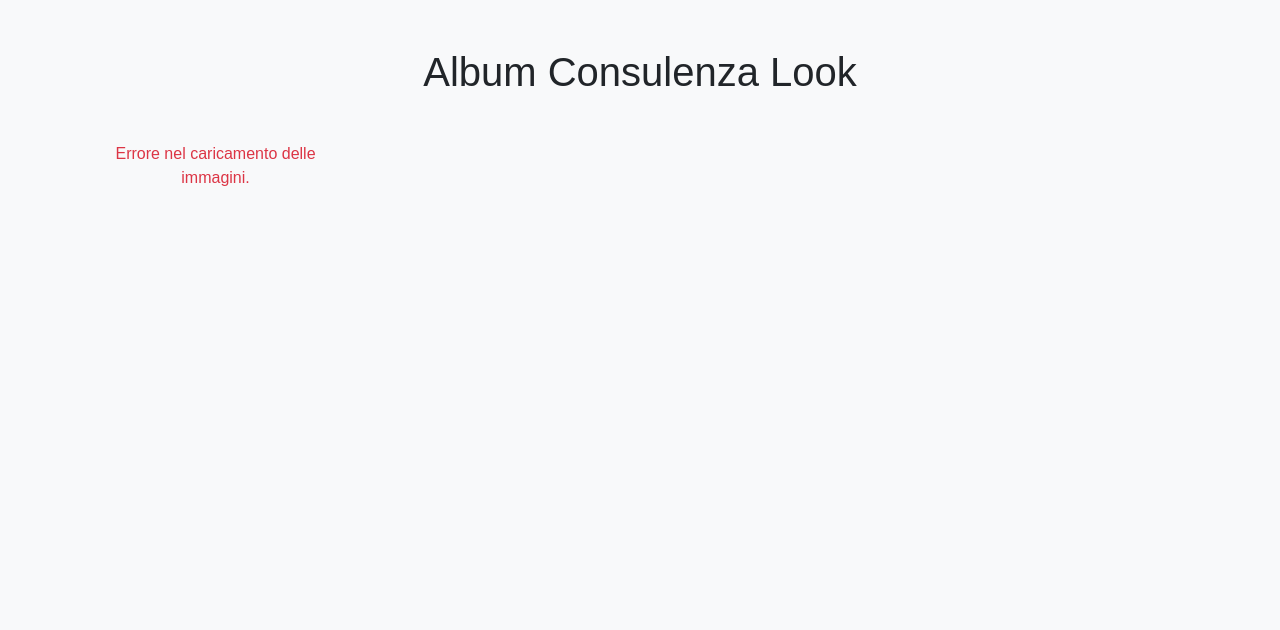
Repository: Probyte5D/Armocromia-website
Page: album.html
The author's editor kept a copy of each file at every save. The page is drawn from the files as they stood at one save, then again after the next save.
The browser window is 1280 px wide. The pictures show the whole page.
The page's requests for data from a server got no answer.

Above is the page before, as saved 2025-04-18 21:45:56.

### album.html
<!DOCTYPE html>
<html lang="it">
<head>
  <meta charset="UTF-8">
  <meta name="viewport" content="width=device-width, initial-scale=1.0">
  <title>Album Consulenza Look</title>
  <link href="https://cdn.jsdelivr.net/npm/bootstrap@5.1.0/dist/css/bootstrap.min.css" rel="stylesheet">
  <!-- Link al CSS personalizzato -->
  <link rel="stylesheet" href="album.css" />
</head>
<body>
  <div class="container py-5">
    <h1 class="text-center mb-4">Album Consulenza Look</h1>
    <div id="lookAlbum" class="row g-3">
      <!-- Le immagini saranno caricate qui dinamicamente -->
    </div>
  </div>

  <!-- Caricamento dei file JS di Bootstrap e il tuo JS personalizzato -->
  <script src="https://cdn.jsdelivr.net/npm/bootstrap@5.1.0/dist/js/bootstrap.bundle.min.js"></script>
  <script src="album.js"></script>
</body>
</html>

### album.css
/* Impostiamo il background e font di base */
body {
  background-color: #f8f9fa;
  font-family: 'Arial', sans-serif;
}

/* Layout per il contenitore delle immagini */
#lookAlbum {
  display: grid;
  grid-template-columns: repeat(4, 1fr); /* 4 immagini per riga
  gap: 30px;  /* Spazio maggiore tra le immagini */
  margin-top: 30px;
}

/* Card immagine, posizione relativa per caption */
.album-item {
  position: relative;
  overflow: hidden;
  border-radius: 10px;
  box-shadow: 0 4px 15px rgba(0, 0, 0, 0.1);
  background-color: white;
  height: 400px;  /* Aumentato l'altezza per immagini più grandi */
  width: 300px;
}

/* Immagini più grandi con altezza automatica per mantenere il rapporto */
.album-item img {
  width: 100%;
  height: 100%;
  object-fit: cover;  /* Assicura che l'immagine riempi il contenitore senza distorsioni */
  object-position: center;  /* Centra l'immagine se è più grande del contenitore */
  transition: transform 0.3s ease-in-out;
}

/* Effetto hover per ingrandire l'immagine */
.album-item:hover img {
  transform: scale(1.1); /* Ingrandisce l'immagine al passaggio del mouse */
}

/* Caption sovrapposta sopra l'immagine */
.album-item .caption {
  position: absolute;
  bottom: 0;
  left: 0;
  right: 0;
  padding: 15px;
  background: rgba(0, 0, 0, 0.5);
  color: white;
  text-align: center;
  font-size: 1.2rem;
  font-weight: bold;
}

/* Responsività per schermi più piccoli */
@media (max-width: 768px) {
  #lookAlbum {
    grid-template-columns: 1fr 1fr;  /* 2 immagini per riga su schermi medi */
  }
}

@media (max-width: 480px) {
  #lookAlbum {
    grid-template-columns: 1fr;  /* 1 immagine per riga su schermi piccoli */
  }
}

### album.js

    const API_KEY = '1J5XZG6HEjef4TKrOiBtmHWoMJVdLRUIxplL9GJzFHBeI64zgRPny53m';
    const query = 'fashion look';  // Modifica la query per altre immagini

    // Carica le immagini
    fetch(`https://api.pexels.com/v1/search?query=${encodeURIComponent(query)}&per_page=52`, {
      headers: { Authorization: API_KEY }
    })
    .then(r => r.json())
    .then(data => {
      const row = document.getElementById('lookAlbum');
      if (data && data.photos) {
        data.photos.forEach(photo => {
          const col = document.createElement('div');
          col.className = 'col-6 col-md-4';
          col.innerHTML = `
            <img src="${photo.src.medium}" class="img-fluid rounded shadow-sm" alt="${photo.photographer}" title="Ph: ${photo.photographer}">
          `;
          row.appendChild(col);
        });
      } else {
        row.innerHTML = '<p class="text-danger text-center">Nessuna immagine trovata per questa ricerca.</p>';
      }
    })
    .catch(err => {
      console.error(err);
      const row = document.getElementById('lookAlbum');
      row.innerHTML = '<p class="text-danger text-center">Errore nel caricamento delle immagini.</p>';
    });

After the next save:
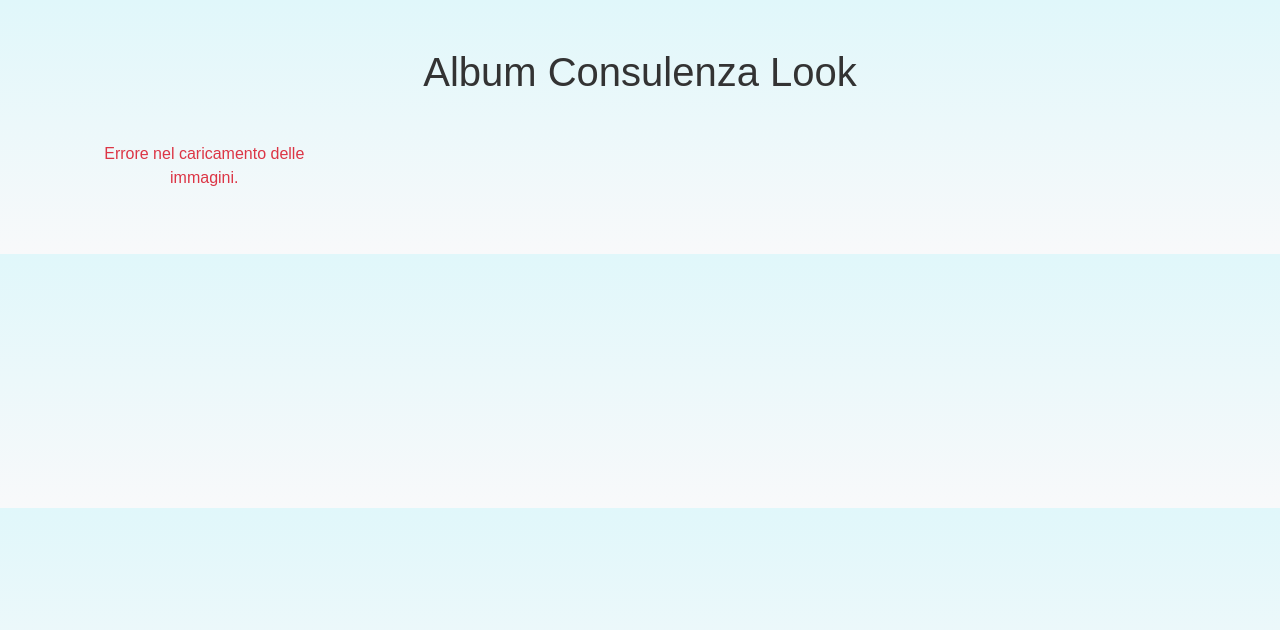
Saved 65 s later.
--- a/album.css
+++ b/album.css
@@ -1,13 +1,14 @@
-/* Impostiamo il background e font di base */
+/* Impostiamo il background con un gradiente leggero e font di base */
 body {
-  background-color: #f8f9fa;
+  background: linear-gradient(to bottom, #e0f7fa, #f8f9fa); /* Gradiente blu chiaro a bianco */
   font-family: 'Arial', sans-serif;
+  color: #333;
 }
 
 /* Layout per il contenitore delle immagini */
 #lookAlbum {
   display: grid;
-  grid-template-columns: repeat(4, 1fr); /* 4 immagini per riga
+  grid-template-columns: repeat(4, 1fr); /* 4 immagini per riga */
   gap: 30px;  /* Spazio maggiore tra le immagini */
   margin-top: 30px;
 }
@@ -51,6 +52,16 @@ body {
   font-weight: bold;
 }
 
+/* Sezione di descrizione dell'album */
+.album-description {
+  text-align: center;
+  padding: 20px;
+  background-color: rgba(0, 0, 0, 0.1);
+  border-radius: 10px;
+  margin-top: 30px;
+  font-size: 1.2rem;
+}
+
 /* Responsività per schermi più piccoli */
 @media (max-width: 768px) {
   #lookAlbum {
